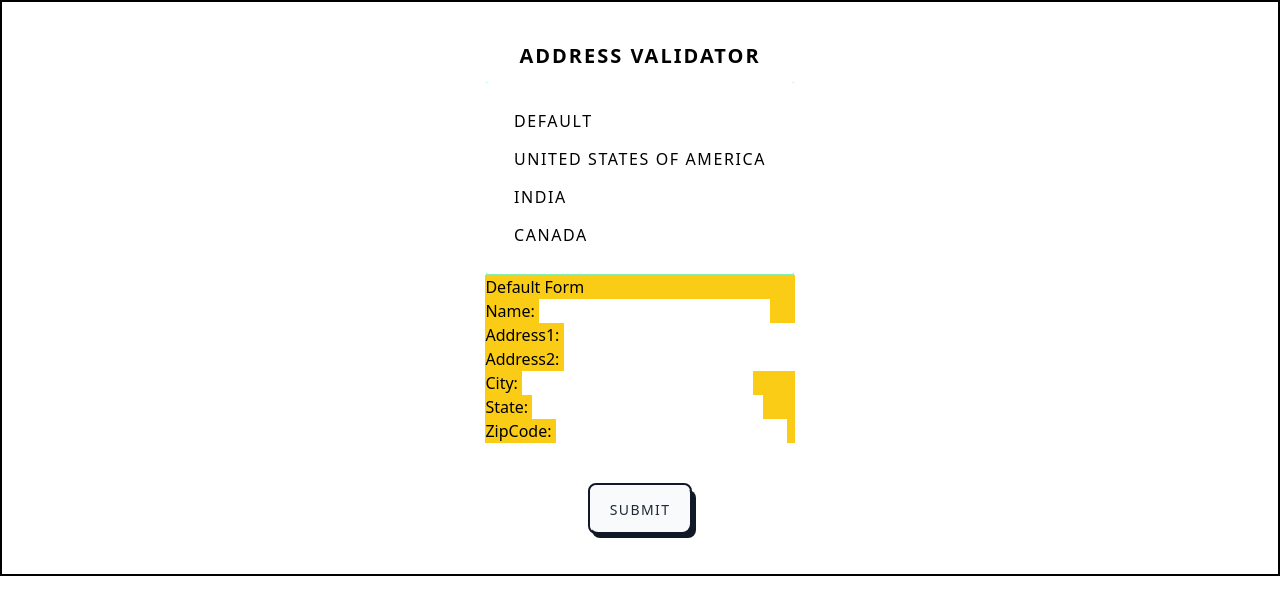
Repository: jay-singhvi/SWArchDesign_TeamProject
Page: / (app in frontend/address-validation/)
The author's editor kept a copy of each file at every save. The page is drawn from the files as they stood at one save, then again after the next save.
The browser window is 1280 px wide. The pictures show the whole page.
The project was rebuilt for these pictures with package versions that can differ from the ones it lists, and the page was loaded fresh each time. Also part of the build but not shown: frontend/address-validation/src/App.css.

Above is the page before, as saved 2023-03-07 14:59:04.

### frontend/address-validation/src/App.js
import "./App.css";
import React, { useState, setState } from "react";
import USA from "./assets/usa.png";
import CND from "./assets/canada.png";
import IND from "./assets/india.png";

// React component for creating and sending POST request
function App() {
  // variables to handle the Request and Response
  const [countryList, setCountryList] = useState("");
  const [formData, setFormData] = useState(null);
  const [responseData, setResponseData] = useState(null);

  // Set of Counries under consideration
  const countries = [
    { name: "Default" },
    { name: "United States of America" },
    { name: "India" },
    { name: "Canada" },
  ];

  // Function to render form based on Countries
  function renderForm() {
    if (countryList.length === 1) {
      console.log(countryList);
      if (countryList.includes("United States of America"))
        return <USAForm setFormData={setFormData} />;
      else if (countryList.includes("India"))
        return <IndiaForm setFormData={setFormData} />;
      else if (countryList.includes("Canada"))
        return <CanadaForm setFormData={setFormData} />;
      else return <DefaultForm setFormData={setFormData} />;
    }
    // Renders form for multiple selected countries
    else {
      return <DefaultForm setFormData={setFormData} />;
    }
  }

  // Handles selected country and set ths
  function handleSelectedCountry(event) {
    const selectedOptions = Array.from(event.target.selectedOptions);
    const selectedValues = selectedOptions.map((option) => option.value);
    setCountryList(selectedValues);
  }

  // Finds address based on the form data
  async function findAddress(event) {
    event.preventDefault();

    // If only one country is selected
    if (countryList.length === 1) {
      //If selected country id default then send country field empty in JSON request
      if (countryList[0] === "Default") {
        countryList[0] = "";
      }
      const updatedFormData = { ...formData, Country: countryList[0] };

      // If form data has Name attribute then search based on name and country
      if (formData !== null && formData.Name !== null) {
        try {
          const response = await fetch(
            "http://localhost:5000/api/searchCountriesByClient",
            {
              method: "POST",
              headers: {
                "Content-Type": "application/json",
              },
              body: JSON.stringify(updatedFormData),
            }
          );

          const data = await response.json();
          setResponseData(data);
        } catch (error) {
          console.error(error);
          setResponseData({ error: "An error occurred" });
        }
      }

      //If name is not mentioned then populate all addresses for that country based on JSON request
      else {
        try {
          const response = await fetch(
            "http://localhost:5000/api/searchCountry",
            {
              method: "POST",
              headers: {
                "Content-Type": "application/json",
              },
              body: JSON.stringify(updatedFormData),
            }
          );

          const data = await response.json();
          setResponseData(data);
        } catch (error) {
          console.error(error);
          setResponseData({ error: "An error occurred" });
        }
      }
    }
    //If more one country is selected then send the list of countries with JSON request
    else if (countryList.length > 1) {
      const updatedFormData = { ...formData, Country: countryList };

      try {
        const response = await fetch(
          "http://localhost:5000//api/searchCountries",
          {
            method: "POST",
            headers: {
              "Content-Type": "application/json",
            },
            body: JSON.stringify(updatedFormData),
          }
        );

        const data = await response.json();
        setResponseData(data);
      } catch (error) {
        console.error(error);
        setResponseData({ error: "An error occurred" });
      }
    }
    // If only name is mentioned then look for that name in all countries
    else if (formData !== null && formData.Name !== null) {
      try {
        const response = await fetch(
          "http://localhost:5000/api/searchCountriesByClient",
          {
            method: "POST",
            headers: {
              "Content-Type": "application/json",
            },
            body: JSON.stringify(formData),
          }
        );

        const data = await response.json();
        setResponseData(data);
      } catch (error) {
        console.error(error);
        setResponseData({ error: "An error occurred" });
      }
    }
    setFormData({});
  }

  // Give all the options of countries to user for selection
  return (
    <div className=" items-center justify-between min-h-screen  ">
      <div className="  py-10 flex flex-col items-center border-2 border-black">
        <h1 className=" uppercase tracking-widest font-bold text-xl">
          Address Validator
        </h1>
        <div className=" bg-green-300 mt-3">
          <select className=" p-5 outline-none" multiple value={countryList} onChange={handleSelectedCountry}>
            {countries.map((country) => (
              <option className=" cursor-pointer uppercase tracking-widest p-2 hover:bg-gray-300" key={country.name} value={country.name}>
                {country.name}
              </option>
            ))}
          </select>
        </div>

        {renderForm()}

        {/* <button type="submit" onClick={findAddress}>
          Submit
        </button> */}
        <a href="#_" class="relative inline-block text-lg group mt-10">
          <span class="relative z-10 block px-5 py-3 overflow-hidden font-medium leading-tight text-gray-800 transition-colors duration-300 ease-out border-2 border-gray-900 rounded-lg group-hover:text-white">
            <span class="absolute inset-0 w-full h-full px-5 py-3 rounded-lg bg-gray-50"></span>
            <span class="absolute left-0 w-48 h-48 -ml-2 transition-all duration-300 origin-top-right -rotate-90 -translate-x-full translate-y-12 bg-gray-900 group-hover:-rotate-180 ease"></span>
            <button
              type="submit"
              onClick={findAddress}
              className=" relative uppercase tracking-widest text-sm"
            >
              Submit
            </button>
          </span>
          <span
            class="absolute bottom-0 right-0 w-full h-12 -mb-1 -mr-1 transition-all duration-200 ease-linear bg-gray-900 rounded-lg group-hover:mb-0 group-hover:mr-0"
            data-rounded="rounded-lg"
          ></span>
        </a>

        {responseData && (
          <div>
            <h2>Post Result:</h2>
            <pre>{JSON.stringify(responseData, null, 2)}</pre>
          </div>
        )}
      </div>
    </div>
  );
}

// React component to render USA specific form
function USAForm({ setFormData }) {
  const [formValues, setFormValues] = useState({});
  function updateForm(event) {
    setFormValues({
      ...formValues,
      [event.target.name]: event.target.value,
    });
    setFormData({
      ...formValues,
      [event.target.name]: event.target.value,
    });
  }

  return (
    <div className=" bg-gradient-to-b from-blue-400 to-red-500 items-center mt-10 px-10 py-5 min-w-fit">
      <div>
        <form>
          <div className=" flex items-center justify-center space-x-2">
            <img src={USA} className=" h-8 w-8 rounded-full" />
            <h2 className=" uppercase tracking-wider font-medium">
              United States Form
            </h2>
          </div>

          <div className=" mt-2 space-y-3">
            <div className="w-full px-3 mb-3">
              <label
                className="block uppercase tracking-wide text-black text-xs font-bold mb-2"
                for="grid-first-name"
              >
                Full Name
              </label>
              <input
                onChange={updateForm}
                className="appearance-none block w-full bg-gray-200 text-gray-700 border rounded w-1/2 py-2 px-4 mb-3 leading-tight focus:outline-none focus:bg-white"
                type="text"
                placeholder="Full Name"
              />
            </div>

            {/* address 01 02 */}
            <div className=" flex">
              <div className=" w-full px-3 mb-3">
                <label className=" block uppercase tracking-wide text-black text-xs font-bold mb-2">
                  Address 01
                </label>
                <input
                  onChange={updateForm}
                  className=" appearance-none block w-full bg-gray-200 text-gray-700 border border-gray-200 rounded py-2 px-4 leading-tight focus:outline-none focus:bg-white focus:border-gray-500"
                  type="text"
                  placeholder="Address Line 01"
                />
              </div>
              <div className=" w-full px-3 mb-3">
                <label className=" block uppercase tracking-wide text-black text-xs font-bold mb-2">
                  Address 02
                </label>
                <input
                  onChange={updateForm}
                  className=" appearance-none block w-full bg-gray-200 text-gray-700 border border-gray-200 rounded py-2 px-4 leading-tight focus:outline-none focus:bg-white focus:border-gray-500"
                  type="text"
                  placeholder="Address Line 02"
                />
              </div>
            </div>
            {/* city state and zip */}
            <div className=" flex">
              <div className=" w-full px-3 mb-3">
                <label className=" block uppercase tracking-wide text-black text-xs font-bold mb-2">
                  City
                </label>
                <input
                  onChange={updateForm}
                  className=" appearance-none block w-full bg-gray-200 text-gray-700 border border-gray-200 rounded py-2 px-4 leading-tight focus:outline-none focus:bg-white focus:border-gray-500"
                  type="text"
                  name="City"
                  placeholder="City"
                />
              </div>
              <div className=" w-full px-3 mb-3">
                <label className=" block uppercase tracking-wide text-black text-xs font-bold mb-2">
                 State
                </label>
                <input
                  onChange={updateForm}
                  className=" appearance-none block w-full bg-gray-200 text-gray-700 border border-gray-200 rounded py-2 px-4 leading-tight focus:outline-none focus:bg-white focus:border-gray-500"
                  type="text"
                  name="State"
                  placeholder="State"
                />
              </div>
              <div className=" w-full px-3 mb-3">
                <label className=" block uppercase tracking-wide text-black text-xs font-bold mb-2">
                 Zip Code
                </label>
                <input
                  onChange={updateForm}
                  className=" appearance-none block w-full bg-gray-200 text-gray-700 border border-gray-200 rounded py-2 px-4 leading-tight focus:outline-none focus:bg-white focus:border-gray-500"
                  type="text"
                  name="Zipcode"
                  placeholder="Zip Code"
                />
              </div>
            </div>

             {/* Name: <input type="text" name="Name" onChange={updateForm} />
            <br /> */}
            {/* Address1:{" "}
            <input type="text" name="Address1" onChange={updateForm} />
            <br /> */}
            {/* Address2:{" "}
            <input type="text" name="Address2" onChange={updateForm} />
            <br /> */}
            {/* City: <input type="text" name="City" onChange={updateForm} />
            <br />
            State: <input type="text" name="State" onChange={updateForm} />
            <br />
            ZipCode: <input type="text" name="Zipcode" onChange={updateForm} />
            <br /> */}
          </div>
        </form>
      </div>
    </div>
  );
}

// React component to render Canada specific form
function CanadaForm({ setFormData }) {
  const [formValues, setFormValues] = useState({});
  function updateForm(event) {
    setFormValues({
      ...formValues,
      [event.target.name]: event.target.value,
    });
    setFormData({
      ...formValues,
      [event.target.name]: event.target.value,
    });
  }

  return (
    <div className="bg-gradient-to-b from-white to-red-500 items-center mt-10 px-10 py-5">
      <div>
        <form>
          <div className=" flex items-center justify-center space-x-2">
            <img src={CND} className=" h-8 w-8 rounded-full" />
            <h2 className=" uppercase tracking-wider font-medium">
              Canada Form
            </h2>
          </div>
          Name: <input type="text" name="Name" onChange={updateForm} />
          <br />
          Address1: <input type="text" name="Address1" onChange={updateForm} />
          <br />
          Address2: <input type="text" name="Address2" onChange={updateForm} />
          <br />
          City: <input type="text" name="City" onChange={updateForm} />
          <br />
          Province: <input type="text" name="State" onChange={updateForm} />
          <br />
          Postalcode: <input type="text" name="ZipCode" onChange={updateForm} />
        </form>
      </div>
    </div>
  );
}

// React component to render India specific form
function IndiaForm({ setFormData }) {
  const [formValues, setFormValues] = useState({});
  function updateForm(event) {
    setFormValues({
      ...formValues,
      [event.target.name]: event.target.value,
    });
    setFormData({
      ...formValues,
      [event.target.name]: event.target.value,
    });
  }

  return (
    <div className=" bg-gradient-to-b from-orange-400 to-green-500 items-center mt-10 px-10 py-5">
      <div>
        <form>
          <div className=" flex items-center justify-center space-x-2">
            <img src={IND} className=" h-8 w-8 rounded-full" />
            <h2 className=" uppercase tracking-wider font-medium">
              India Form
            </h2>
          </div>
          Name: <input type="text" name="Name" onChange={updateForm} />
          <br />
          Street Address:{" "}
          <input type="text" name="Address1" onChange={updateForm} />
          <br />
          Address2: <input type="text" name="Address2" onChange={updateForm} />
          <br />
          City: <input type="text" name="City" onChange={updateForm} />
          <br />
          State: <input type="text" name="State" onChange={updateForm} />
          <br />
          Pincode: <input type="text" name="ZipCode" onChange={updateForm} />
          <br />
        </form>
      </div>
    </div>
  );
}

// React component to render default form
function DefaultForm({ setFormData }) {
  const [formValues, setFormValues] = useState({});
  function updateForm(event) {
    setFormValues({
      ...formValues,
      [event.target.name]: event.target.value,
    });
    setFormData({
      ...formValues,
      [event.target.name]: event.target.value,
    });
  }

  return (
    <div className="  bg-yellow-400">
      <h2>Default Form</h2>
      Name: <input type="text" name="Name" onChange={updateForm} />
      <br />
      Address1: <input type="text" name="Address1" onChange={updateForm} />
      <br />
      Address2: <input type="text" name="Address2" onChange={updateForm} />
      <br />
      City: <input type="text" name="City" onChange={updateForm} />
      <br />
      State: <input type="text" name="State" onChange={updateForm} />
      <br />
      ZipCode: <input type="text" name="Zipcode" onChange={updateForm} />
      <br />
    </div>
  );
}

export default App;

Loaded but not shown: frontend/address-validation/public/index.html (common file); frontend/address-validation/src/index.js (common file); frontend/address-validation/src/index.css (common file); frontend/address-validation/src/reportWebVitals.js (common file); frontend/address-validation/tailwind.config.js (common file)

After the next save:
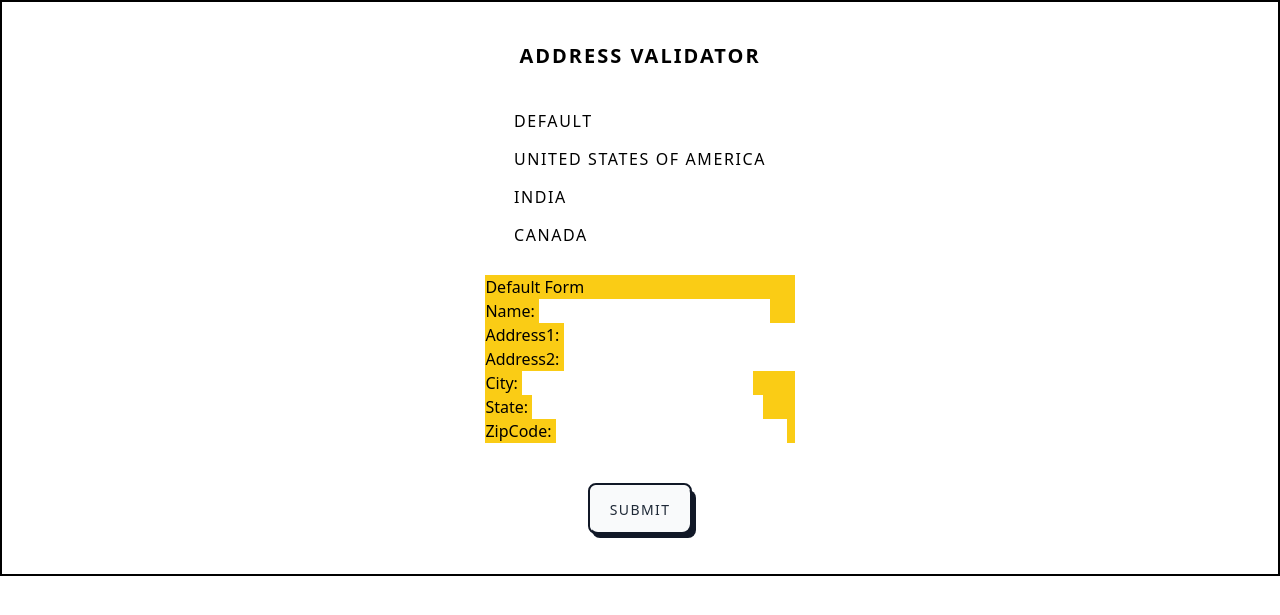
Saved 3 min 42 s later.
--- a/frontend/address-validation/src/App.js
+++ b/frontend/address-validation/src/App.js
@@ -154,7 +154,7 @@
         <h1 className=" uppercase tracking-widest font-bold text-xl">
           Address Validator
         </h1>
-        <div className=" bg-green-300 mt-3">
+        <div className="mt-3">
           <select className=" p-5 outline-none" multiple value={countryList} onChange={handleSelectedCountry}>
             {countries.map((country) => (
               <option className=" cursor-pointer uppercase tracking-widest p-2 hover:bg-gray-300" key={country.name} value={country.name}>
